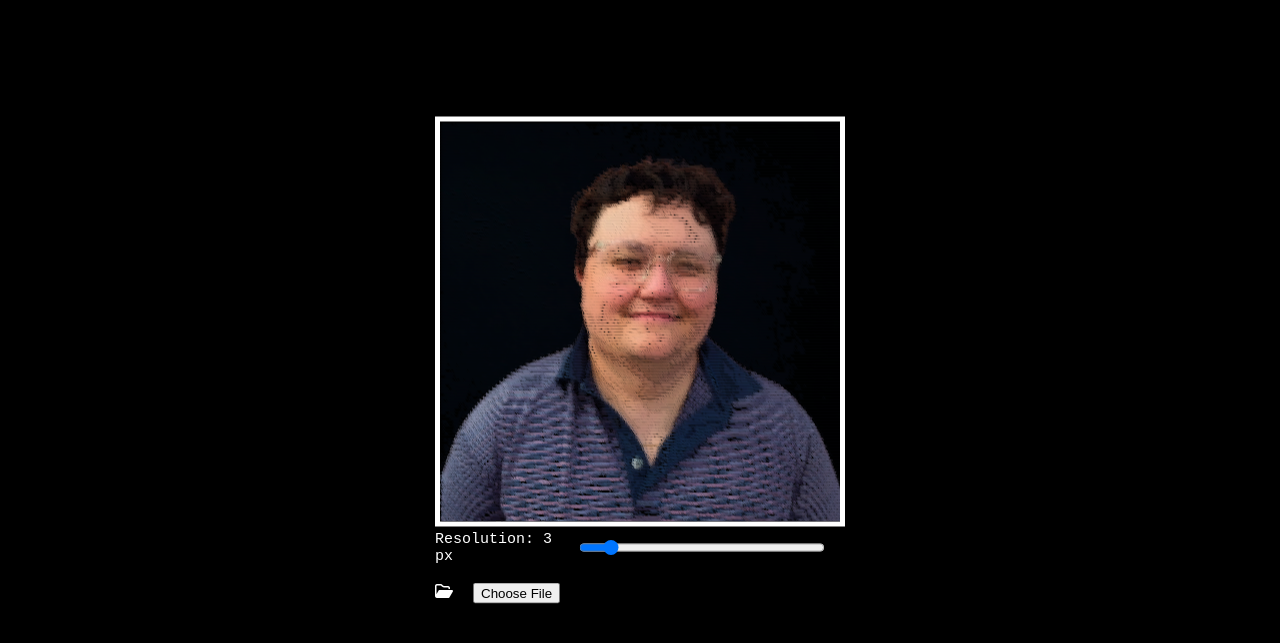
Repository: rosieomusic/ascii-art
Page: index.html
The author's editor kept a copy of each file at every save. The page is drawn from the files as they stood at one save, then again after the next save.
The browser window is 1280 px wide. The pictures show the whole page.
Some web fonts or font styles are not loaded; a fallback is used. Some web libraries are served in a nearby version.

Above is the page before, as saved 2025-05-06 15:46:15.

### index.html
<!DOCTYPE html>
<html>
	<head>
		<meta charset="UTF-8" />
		<meta
			http-equiv="X-UA-Compatible"
			content="IE-edge"
		/>
		<title>Pixels</title>
		<link
			rel="stylesheet"
			href="styles.css"
		/>
		<link
			rel="preconnect"
			href="https://fonts.googleapis.com"
		/>
		<link
			rel="preconnect"
			href="https://fonts.gstatic.com"
			crossorigin
		/>
		<link
			href="https://fonts.googleapis.com/css2?family=Cal+Sans&family=Domine:wght@400..700&family=Roboto+Mono:wght@100..700&family=Rubik:wght@800&display=swap"
			rel="stylesheet"
		/>
		<script
			src="https://kit.fontawesome.com/56e0d45a0e.js"
			crossorigin="anonymous"
		></script>
	</head>
	<body>
		<div class="container">
			<canvas id="canvas1"></canvas>
			<div class="controls">
				<label
					for="resolution"
					id="resolutionLabel"
					>Resolution 5 px</label
				>
				<input
					type="range"
					id="resolution"
					name="resolution"
					min="1"
					max="20"
					value="3"
				/>
			</div>
			<br />

			<div id="upload">
				<i class="fa-regular fa-folder-open"></i>
				<input
					type="file"
					id="imageUpload"
					accept="image/*"
				/>
				<pre id="ascii-output"></pre>
				<canvas
					id="canvas2"
					style="display: none"
				></canvas>
			</div>
		</div>

		<script src="script.js"></script>
	</body>
</html>

### styles.css
* {
	margin: 0;
	padding: 0;
	/* box-sizing: border-box; */
	font-family: 'Cal Sans', serif;
}
body {
	background: black;
}
.container {
	position: absolute;
	top: 50%;
	left: 50%;
	transform: translate(-50%, -50%);
}
#canvas1 {
	border: 5px solid white;
}
.controls {
	display: flex;
}
.controls > input {
	width: 60%;
}
.controls > label {
	font-family: 'Courier New', Courier, monospace;
	width: 35%;
	color: white;
	font-size: 15px;
}
i {
	color: white;
	margin-right: 20px;
}
#upload {
	display: flex;
	font-family: 'Cal Sans', serif;
}
button {
	border-radius: 20px;
}

### script.js
const inputSlider = document.getElementById('resolution');
const inputLabel = document.getElementById('resolutionLabel');
const canvas = document.getElementById('canvas1');
const ctx = canvas.getContext('2d');

const image1 = new Image();
image1.src = 'img/roseomalleyheadshotblack.png';
inputSlider.addEventListener('change', handleSlider);
const maxDimension = 800;
let scale = Math.min(
	maxDimension / image1.width,
	maxDimension / image1.height,
	1
);
canvas.width = image1.width * scale;
canvas.height = image1.height * scale;

const imageUpload = document.getElementById('imageUpload');

imageUpload.addEventListener('change', function (event) {
	const file = event.target.files[0];
	if (!file) return;

	const reader = new FileReader();
	reader.onload = function (e) {
		image1.src = e.target.result; // This re-triggers image1.onload
	};
	reader.readAsDataURL(file);
});

class Cell {
	constructor(x, y, symbol, color, size) {
		this.x = x;
		this.y = y;
		this.symbol = symbol;
		this.color = color;
		this.size = size;
		//this.padding = this.size * 0.2;
	}
	draw(ctx) {
		ctx.font = `${this.size * 2}px Courier New`;
		//ctx.fillStyle = 'yellow';
		ctx.fillText(this.symbol, this.x + 1, this.y + 1, +this.size);

		ctx.fillStyle = this.color;
		ctx.fillText(this.symbol, this.x, this.y, this.size);
		ctx.textBaseline = 'top';
	}
}
class AsciiEffect {
	#imageCellArray = [];
	#pixels = [];
	#ctx;
	#width;
	#height;
	constructor(ctx, width, height) {
		this.#ctx = ctx;
		this.#width = width;
		this.#height = height;
		this.#ctx.drawImage(image1, 0, 0, this.#width, this.#height);
		this.#pixels = this.#ctx.getImageData(0, 0, this.#width, this.#height);
		//console.log(this.#pixels.data);
	}
	#convertToSymbol(g) {
		// @#W$9876543210?!abc;:+=-,._
		// .,:ilwW"
		// '$@B%8&WM#*oahkbdpqwmZO0QLCJUYXzcvunxrjft/|()1{}[]?-_+~<>i!lI;:,"^`'
		//`^",:;Il!i><~+_-?][}{1)(|/tfjrxnuvczXYUJCLQ0OZmwqpdbkhao*#MW&8%B@$

		const asciiGradient =
			' .`^",:;Il!i><~+_-?][}{1)(|/tfjrxnuvczXYUJCLQ0OZmwqpdbkhao*#MW&8%B@$';

		const index = Math.floor((g / 255) * (asciiGradient.length - 1));
		return asciiGradient[index];
	}

	#scanImage(cellSize) {
		this.#imageCellArray = [];
		const stepX = Math.floor(cellSize * 0.6);
		const stepY = cellSize;
		for (let y = 0; y < this.#pixels.height; y += stepY) {
			for (let x = 0; x < this.#pixels.width; x += stepX) {
				if (x >= this.#pixels.width || y >= this.#pixels.height) continue;
				const posX = x * 4;
				const posY = y * 4;
				const pos = (y * this.#pixels.width + x) * 4;

				if (this.#pixels.data[pos + 3] > 128) {
					const red = this.#pixels.data[pos];
					const green = this.#pixels.data[pos + 1];
					const blue = this.#pixels.data[pos + 2];
					const grayscale = 0.2126 * red + 0.7152 * green + 0.0722 * blue;

					//const color = 'yellow';
					//const color = grayscale > 110 ? 'white' : 'black';
					const total = red + green + blue;
					const averageColorValue = total / 3;
					const color = `rgb(${red}, ${green}, ${blue})`;
					const symbol = this.#convertToSymbol(averageColorValue);
					if (symbol)
						this.#imageCellArray.push(new Cell(x, y, symbol, color, cellSize));
				}
			}
		}
		//console.log(this.#imageCellArray);
	}
	#drawAscii() {
		this.#ctx.clearRect(0, 0, this.#width, this.#height);
		for (let i = 0; i < this.#imageCellArray.length; i++) {
			this.#imageCellArray[i].draw(this.#ctx);
		}
	}
	draw(cellSize) {
		this.#scanImage(cellSize);
		this.#drawAscii();
	}
}
let effect;
function handleSlider() {
	//console.log('Slider value: ', inputSlider.value);
	if (inputSlider.value == 1) {
		inputLabel.innerHTML = 'Original Image';
		ctx.drawImage(image1, 0, 0, canvas.width, canvas.height);
	} else {
		inputLabel.innerHTML = 'Resolution: ' + inputSlider.value + ' px';
		ctx.font = parseInt(inputSlider.value) * 2 + 'px Courier New';
		effect.draw(parseInt(inputSlider.value));
	}
}
image1.onload = function initialize() {
	//console.log('Image loaded: ', image1.src);
	//console.log('Image dimiensions: ', image1.width, image1.height);

	canvas.width = image1.width;
	canvas.height = image1.height;
	ctx.drawImage(image1, 0, 0);

	const base64Image = canvas.toDataURL(image1);
	//console.log('Base64 image:', base64Image);

	effect = new AsciiEffect(ctx, image1.width, image1.height);
	//effect.draw(parseInt(inputSlider.value));
	handleSlider();
};
const string =
	'$@B%8&WM#*oahkbdpqwmZO0QLCJUYXzcvunxrjft/|()1{}[]?-_+~<>i!lI;:,"^`';

function reverseString(str) {
	const reversed = str.split('').reverse().join('');
	console.log(reversed);
	return reversed;
}

reverseString(string);

After the next save:
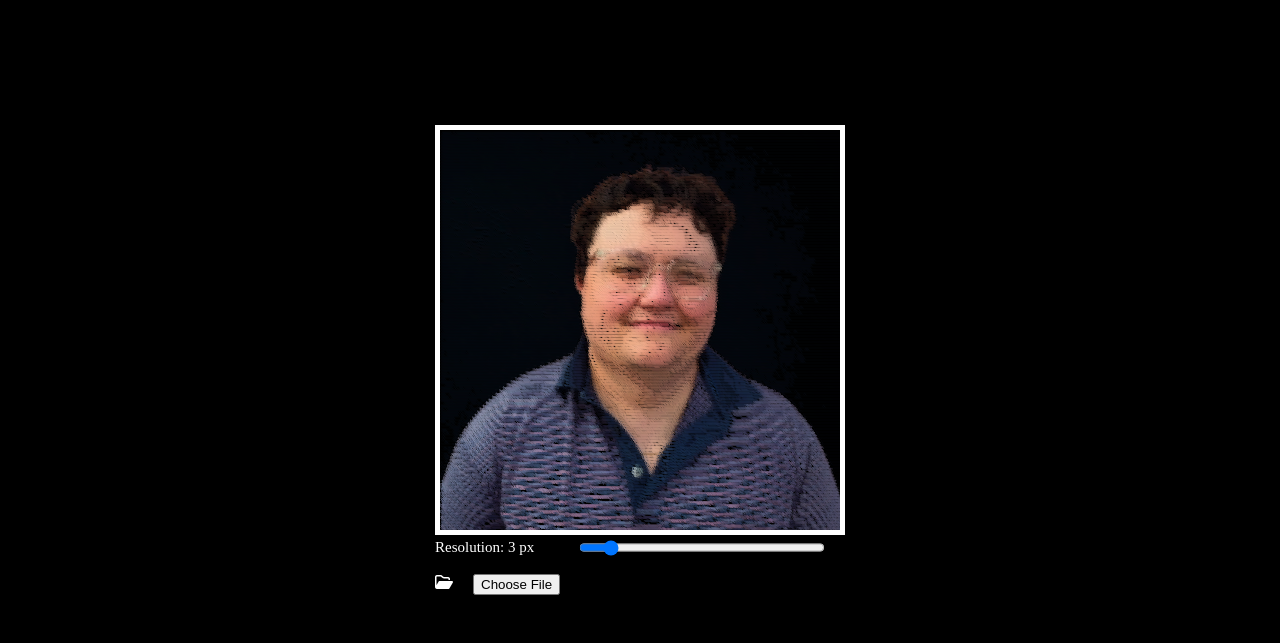
Saved 26 s later.
--- a/styles.css
+++ b/styles.css
@@ -23,7 +23,7 @@ body {
 	width: 60%;
 }
 .controls > label {
-	font-family: 'Courier New', Courier, monospace;
+	font-family: 'Cal Sans', serif;
 	width: 35%;
 	color: white;
 	font-size: 15px;
@@ -34,7 +34,6 @@ i {
 }
 #upload {
 	display: flex;
-	font-family: 'Cal Sans', serif;
 }
 button {
 	border-radius: 20px;
